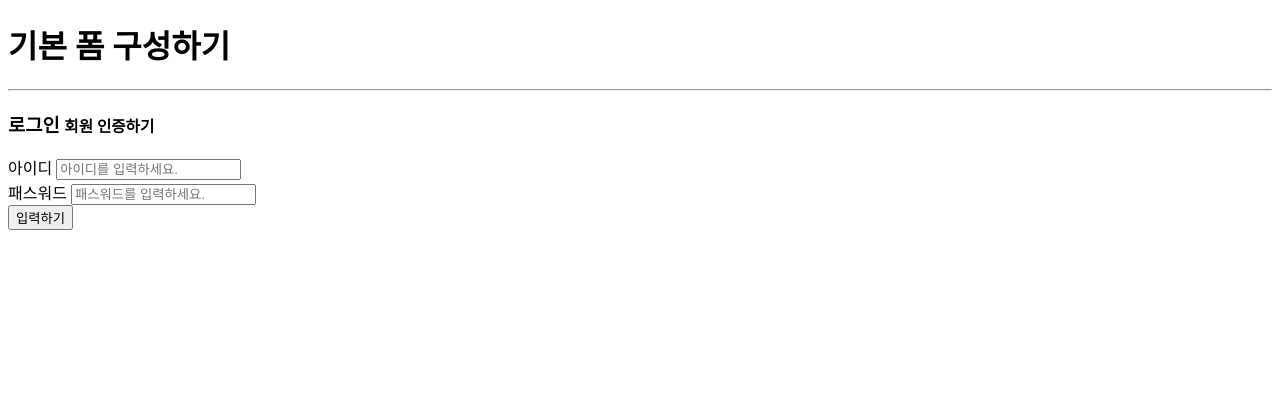
Repository: yhj4130/BootstrapStudy
Page: BootstrapWork/WebContent/BootEx05.html
An editor plug-in stored every save of this project. The page is shown before and after the next save, followed by the edit.
The browser window is 1280 px wide. The pictures show the whole page.

Above is the page before, as saved 2019-06-12 03:12:44.

### BootstrapWork/WebContent/BootEx05.html
<!DOCTYPE html>
<html>
<head>
<meta charset="UTF-8">
<title>Bootstarp05.html</title>
</head>
<body>

<div>
	<h1>기본 폼 구성하기</h1>
	<hr>
</div>

<div id="login">
	<h3>로그인 <small>회원 인증하기</small></h3>

	<!-- 『form-group』 : 항목 1개 관련 내용만 묶기 -->
	<form action="">
		<div class="form-group">
			<label for="txtId">아이디</label>
			<input type="text" id="txtId" placeholder="아이디를 입력하세요." required="required" class="form-control">
		</div>
		<div class="form-group">
			<label for="txtPw">패스워드</label>
			<input type="text" id="txtPw" placeholder="패스워드를 입력하세요." required="required" class="form-control">
		</div>

		<input type="submit" value="입력하기" class="btn btn-default">
	</form>
</div>

</body>
</html>

Loaded but not shown: BootstrapWork/WebContent/css/bootstrap.css (library); BootstrapWork/WebContent/js/jquery-3.4.1.min.js (library); BootstrapWork/WebContent/js/bootstrap.min.js (library)

After the next save:
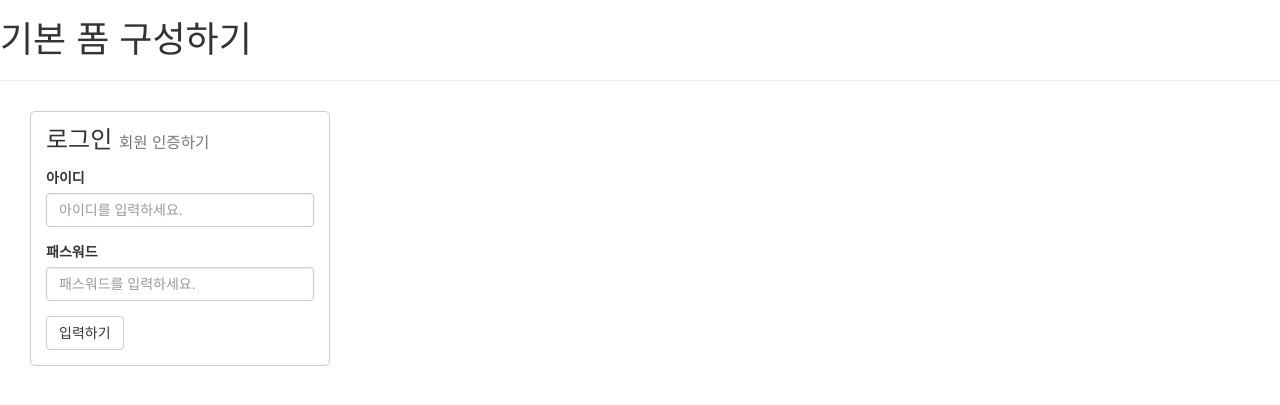
Saved 7 s later.
--- a/BootstrapWork/WebContent/BootEx05.html
+++ b/BootstrapWork/WebContent/BootEx05.html
@@ -3,6 +3,26 @@
 <head>
 <meta charset="UTF-8">
 <title>Bootstarp05.html</title>
+
+<link rel="stylesheet" href="css/bootstrap.css">
+<script type="text/javascript" src="js/jquery-3.4.1.min.js"></script>
+<script type="text/javascript" src="js/bootstrap.min.js"></script>
+
+<style type="text/css">
+	#login
+	{
+		border: 1px solid #ccc;
+		border-radius: 5px;
+		width: 300px;
+		padding: 15px;
+		margin: 30px;
+	}
+	#login h3
+	{
+		margin: 0px;
+		margin-bottom: 15px;
+	}
+</style>
 </head>
 <body>
 
